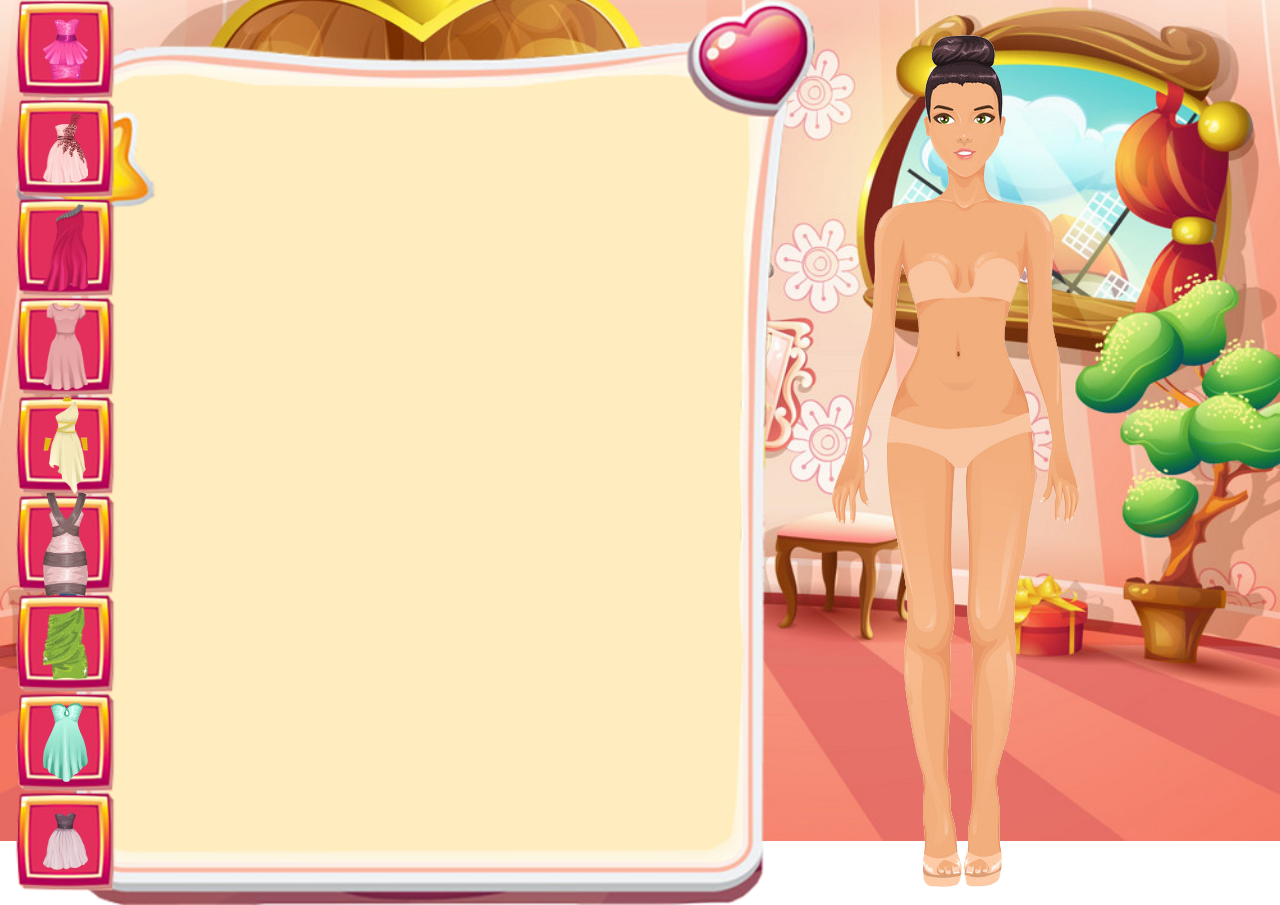
Repository: bunbubam/GameThayDoReactjs_NguyenKhacNghia
Page: /
The author's editor kept a copy of each file at every save. The page is drawn from the files as they stood at one save, then again after the next save.
The browser window is 1280 px wide. The pictures show the whole page.
The project was rebuilt for these pictures with package versions that can differ from the ones it lists, and the page was loaded fresh each time.

Above is the page before, as saved 2022-03-30 15:56:33.

### public/index.html
<!doctype html>
<html lang="en">
  <head>
    <title>GameThaydo</title>
    <!-- Required meta tags -->
    <meta charset="utf-8">
    <meta name="viewport" content="width=device-width, initial-scale=1, shrink-to-fit=no">

    <!-- Bootstrap CSS -->
    <link rel="stylesheet" href="https://stackpath.bootstrapcdn.com/bootstrap/4.3.1/css/bootstrap.min.css" integrity="sha384-ggOyR0iXCbMQv3Xipma34MD+dH/1fQ784/j6cY/iJTQUOhcWr7x9JvoRxT2MZw1T" crossorigin="anonymous">
  </head>
  <body>
    <div id="root"></div>
    <!-- Optional JavaScript -->
    <!-- jQuery first, then Popper.js, then Bootstrap JS -->
    <script src="https://code.jquery.com/jquery-3.3.1.slim.min.js" integrity="sha384-q8i/X+965DzO0rT7abK41JStQIAqVgRVzpbzo5smXKp4YfRvH+8abtTE1Pi6jizo" crossorigin="anonymous"></script>
    <script src="https://cdnjs.cloudflare.com/ajax/libs/popper.js/1.14.7/umd/popper.min.js" integrity="sha384-UO2eT0CpHqdSJQ6hJty5KVphtPhzWj9WO1clHTMGa3JDZwrnQq4sF86dIHNDz0W1" crossorigin="anonymous"></script>
    <script src="https://stackpath.bootstrapcdn.com/bootstrap/4.3.1/js/bootstrap.min.js" integrity="sha384-JjSmVgyd0p3pXB1rRibZUAYoIIy6OrQ6VrjIEaFf/nJGzIxFDsf4x0xIM+B07jRM" crossorigin="anonymous"></script>
  </body>
</html>

### src/App.js
import logo from './logo.svg';
import './App.css';
import Dress from './gamethaydo/dress';

function App() {
  return (
    <Dress></Dress>
  );
}

export default App;

### src/App.css
body {
    background: url(gamethaydo/images/dress-room.jpg) no-repeat;
    background-position: 50% 53%;
    background-size: cover;
}
.dress-main .row {height: 100vh;}
.girl img {
    position: absolute;
    bottom: 2%;
    left: 30%;
}
.clothing-box {
    background: url(gamethaydo/images/box.png) no-repeat;
    background-position: 50% 50%;
    background-size: cover;
    width: 800px;
    height: 905px;
}
.clothing-item {
    background: url(gamethaydo/images/menu.png) no-repeat;
    width: 100px;
    height: 99px;
}
.clothing-item img {width: 45%;}

### src/gamethaydo/dress.js
import React, {Component} from 'react';
import Girl from './images/girl.png';
import Clothing1 from './images/trangphuc1.png';
import Clothing2 from './images/trangphuc2.png';
import Clothing3 from './images/trangphuc3.png';
import Clothing4 from './images/trangphuc4.png';
import Clothing5 from './images/trangphuc5.png';
import Clothing6 from './images/trangphuc6.png';
import Clothing7 from './images/trangphuc7.png';
import Clothing8 from './images/trangphuc8.png';
import Clothing9 from './images/trangphuc9.png';
import Clothing10 from './images/trangphuc10.png';

class Dress extends Component {
    state = {
        girl : Girl,
        clothing : Girl

    }
changeClothing = (imgs) => {
        return(
            this.setState({
                clothing : imgs
            })
        )
    }
    render() {
        return(
            <div className='container-fluid'>
                <div className='dress-main'>
                    <div className='row'>
                        <div className='col-12 col-xl-6 block-left'>
                            <div className='clothing-box position-relative'>
                                <div className='clothing-item d-flex flex-direction-row justify-content-center align-items-center'>
                                    <img onClick={()=>this.changeClothing(Clothing1)} src={require('./images/trangphuc1.png')} className='img-fluid'/>
                                </div>
                                <div className='clothing-item d-flex flex-direction-row justify-content-center align-items-center'>
                                    <img onClick={()=>this.changeClothing(Clothing2)} src={require('./images/trangphuc2.png')} className='img-fluid'/>
                                </div>
                                <div className='clothing-item d-flex flex-direction-row justify-content-center align-items-center'>
                                    <img onClick={()=>this.changeClothing(Clothing3)} src={require('./images/trangphuc3.png')} className='img-fluid'/>
                                </div>
                                <div className='clothing-item d-flex flex-direction-row justify-content-center align-items-center'>
                                    <img onClick={()=>this.changeClothing(Clothing4)} src={require('./images/trangphuc4.png')} className='img-fluid'/>
                                </div>
                                <div className='clothing-item d-flex flex-direction-row justify-content-center align-items-center'>
                                    <img onClick={()=>this.changeClothing(Clothing10)} src={require('./images/trangphuc10.png')} className='img-fluid'/>
                                </div>
                                <div className='clothing-item d-flex flex-direction-row justify-content-center align-items-center'>
                                    <img onClick={()=>this.changeClothing(Clothing6)} src={require('./images/trangphuc6.png')} className='img-fluid'/>
                                </div>
                                <div className='clothing-item d-flex flex-direction-row justify-content-center align-items-center'>
                                    <img onClick={()=>this.changeClothing(Clothing7)} src={require('./images/trangphuc7.png')} className='img-fluid'/>
                                </div>
                                <div className='clothing-item d-flex flex-direction-row justify-content-center align-items-center'>
                                    <img onClick={()=>this.changeClothing(Clothing8)} src={require('./images/trangphuc8.png')} className='img-fluid'/>
                                </div>
                                <div className='clothing-item d-flex flex-direction-row justify-content-center align-items-center'>
                                    <img onClick={()=>this.changeClothing(Clothing9)} src={require('./images/trangphuc9.png')} className='img-fluid'/>
                                </div>
                            </div>
                        </div>
                        <div className='col-12 col-xl-6 block-right position-relative'>
                            <div className='girl'>
                                <img src={this.state.girl} className='img-fluid'/>
                                <img src={this.state.clothing} className='img-fluid'/>
                            </div>
                        </div>
                    </div>
                </div>
            </div>
        )
    };
}
export default Dress;

Loaded but not shown: src/index.js (common file); src/index.css (common file); src/reportWebVitals.js (common file)

After the next save:
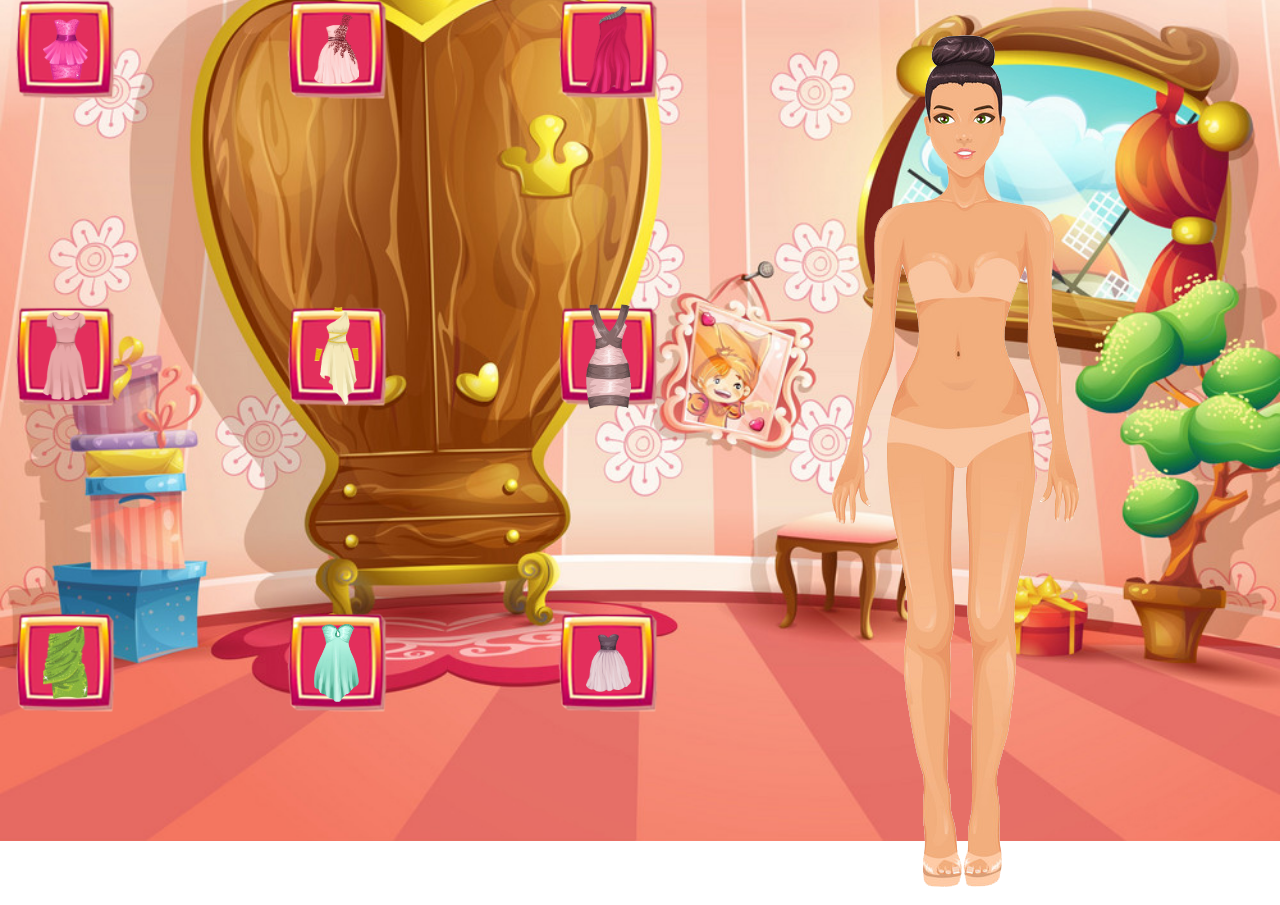
Not found: static/media/box.ba00dd5….png
Saved 3 s later.
--- a/src/App.css
+++ b/src/App.css
@@ -10,11 +10,14 @@
     left: 30%;
 }
 .clothing-box {
-    background: url(gamethaydo/images/box.png) no-repeat;
+    background: url(http://localhost:3000/static/media/box.ba00dd5….png) no-repeat;
     background-position: 50% 50%;
     background-size: cover;
     width: 800px;
     height: 905px;
+    display: grid;
+    grid-template-columns: repeat(3,1fr);
+    grid-gap: 15px;
 }
 .clothing-item {
     background: url(gamethaydo/images/menu.png) no-repeat;

After the 2 saves that followed:
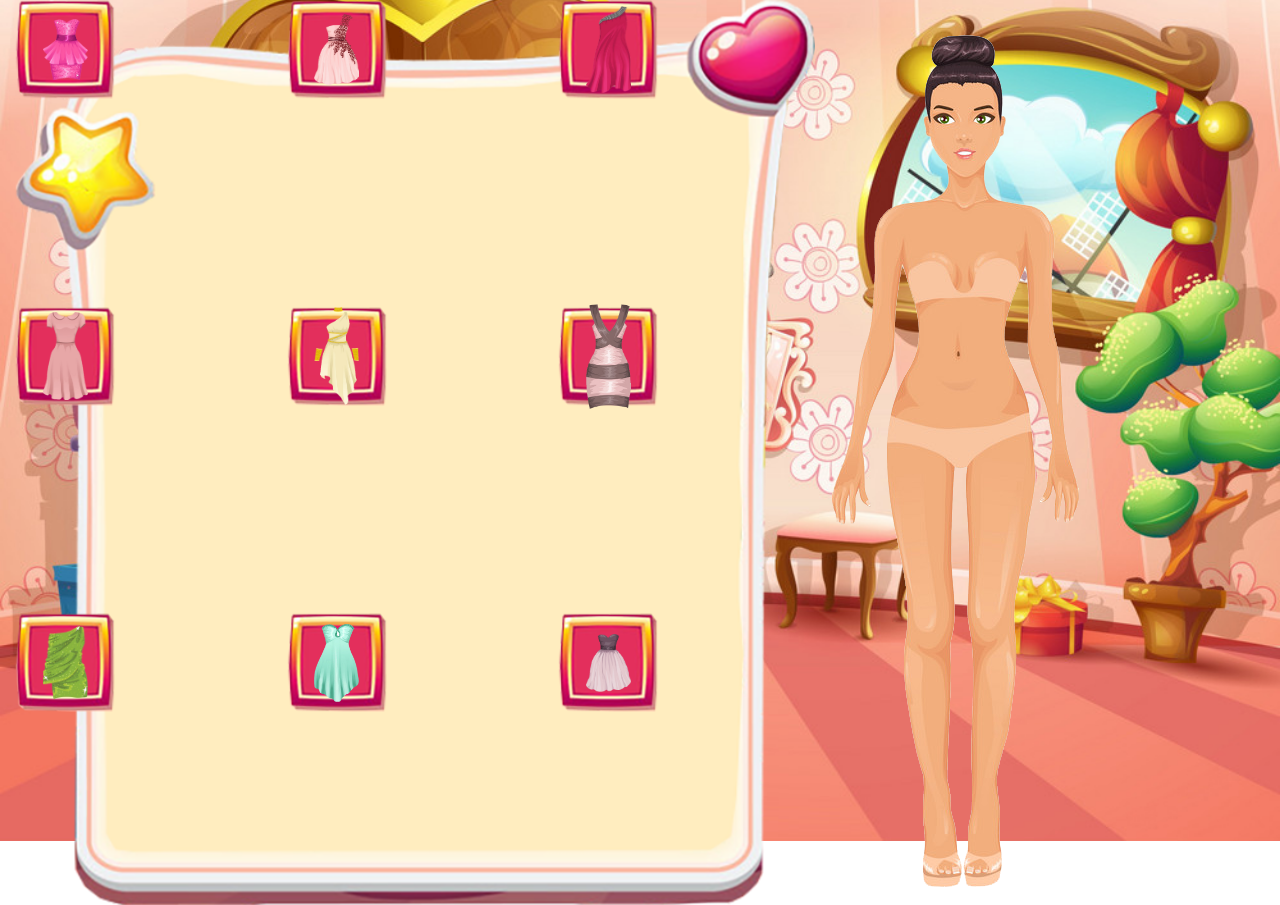
The 2 saves are shown as one change because 1 left the picture as it was.
The last was saved 15 s later.
--- a/src/App.css
+++ b/src/App.css
@@ -10,7 +10,7 @@
     left: 30%;
 }
 .clothing-box {
-    background: url(http://localhost:3000/static/media/box.ba00dd5….png) no-repeat;
+    background: url(gamethaydo/images/box.png) no-repeat;
     background-position: 50% 50%;
     background-size: cover;
     width: 800px;
